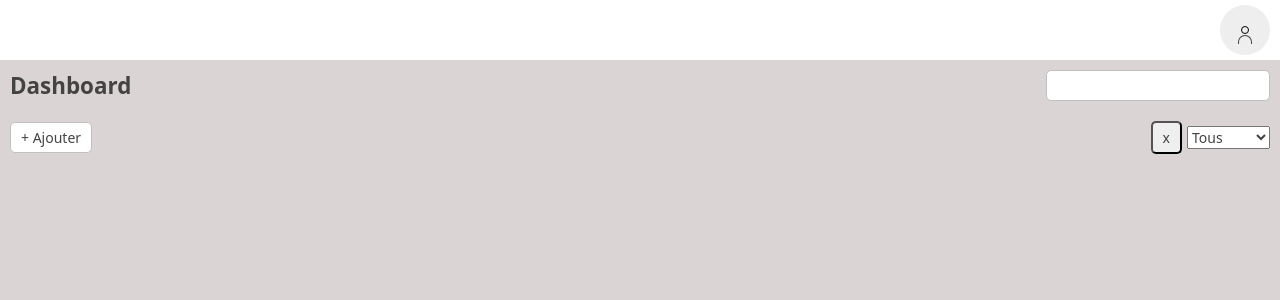
Repository: zpaulange/task_manager
Page: dashboard/index.html
An editor plug-in stored every save of this project. The page is shown before and after the next save, followed by the edit.
The browser window is 1280 px wide. The pictures show the whole page.

Above is the page before, as saved 2025-03-06 14:59:20.

After the next save:
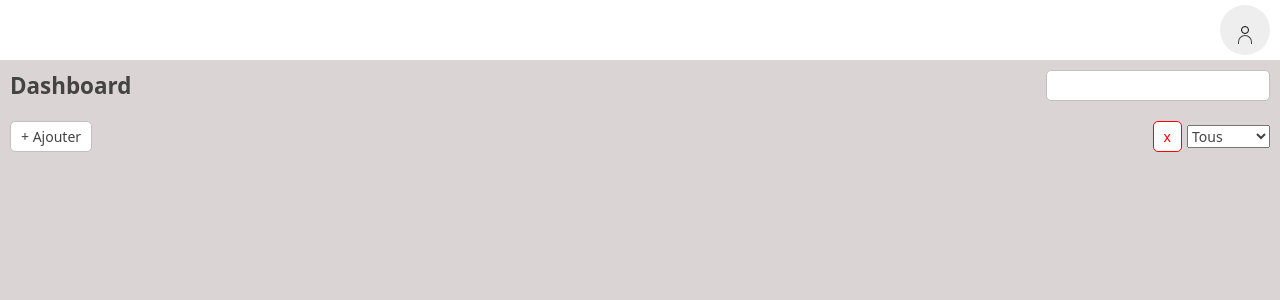
Saved 5 s later.
--- a/assets/styles/dashboard/style.css
+++ b/assets/styles/dashboard/style.css
@@ -133,4 +133,9 @@ input:focus{
 .main_header_actions_right_btnDel{
   padding:5px 10px;
   border-radius:5px;
+  border:1px solid #ff0000;
+  background-color: #fff;
+  cursor: pointer;
+  transition: .2s;
+  color:#ff0000;
 }
